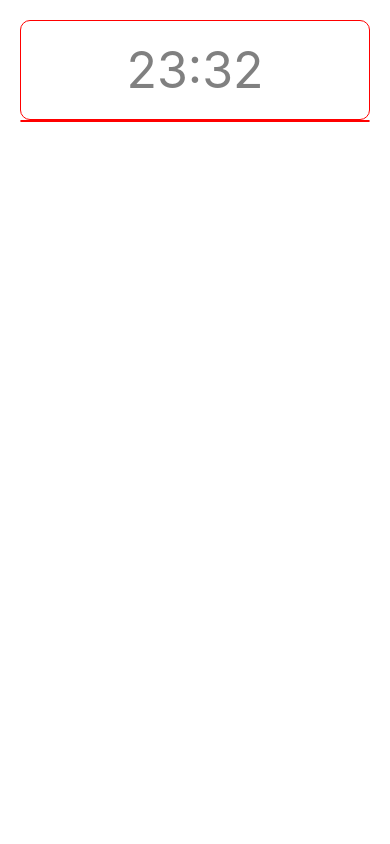
Repository: sonnke/imageResizer
Screen: /
The author's editor kept a copy of each file at every save. The screen is drawn from the files as they stood at one save, then again after the next save.
The app was drawn by React Native's web renderer in a window 390 px wide. The project was rebuilt for these pictures with package versions that can differ from the ones it lists, and the page was loaded fresh each time.

Above is the screen before, as saved 2020-02-02 13:15:38.

After the next save:
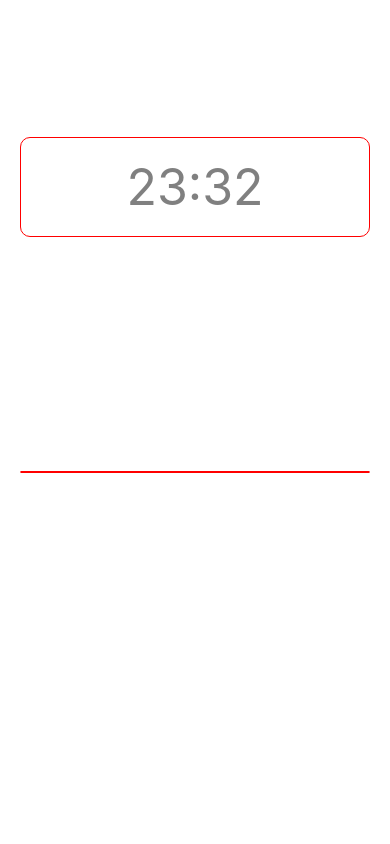
Saved 17 s later.
--- a/App.tsx
+++ b/App.tsx
@@ -30,9 +30,7 @@ const ImageContainer = styled.View`
   align-items: center;
 `;
 
-const SliderContainer = styled.View`
-  flex: 1;
-`;
+const SliderContainer = styled.View``;
 
 const StopWatchText = styled.Text`
   font-size: 50px;
